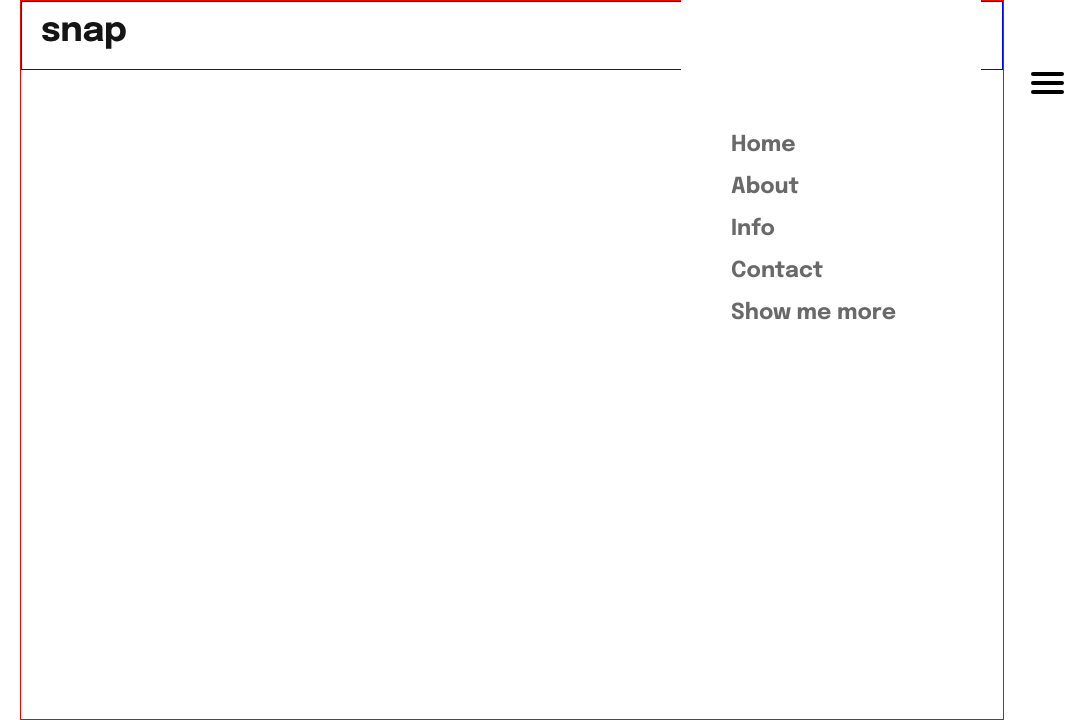
Repository: KamoliddinGIT/intro-section-with-dropdown
Page: index.html
The author's editor kept a copy of each file at every save. The page is drawn from the files as they stood at one save, then again after the next save.
The browser window is 1024 px wide. The page is 1066 px wide, then 1026 px, so the pictures cover 1066 px, including what lies to the right of the window. The pictures show the whole page.

Above is the page before, as saved 2023-09-20 17:32:41.

After the next save:
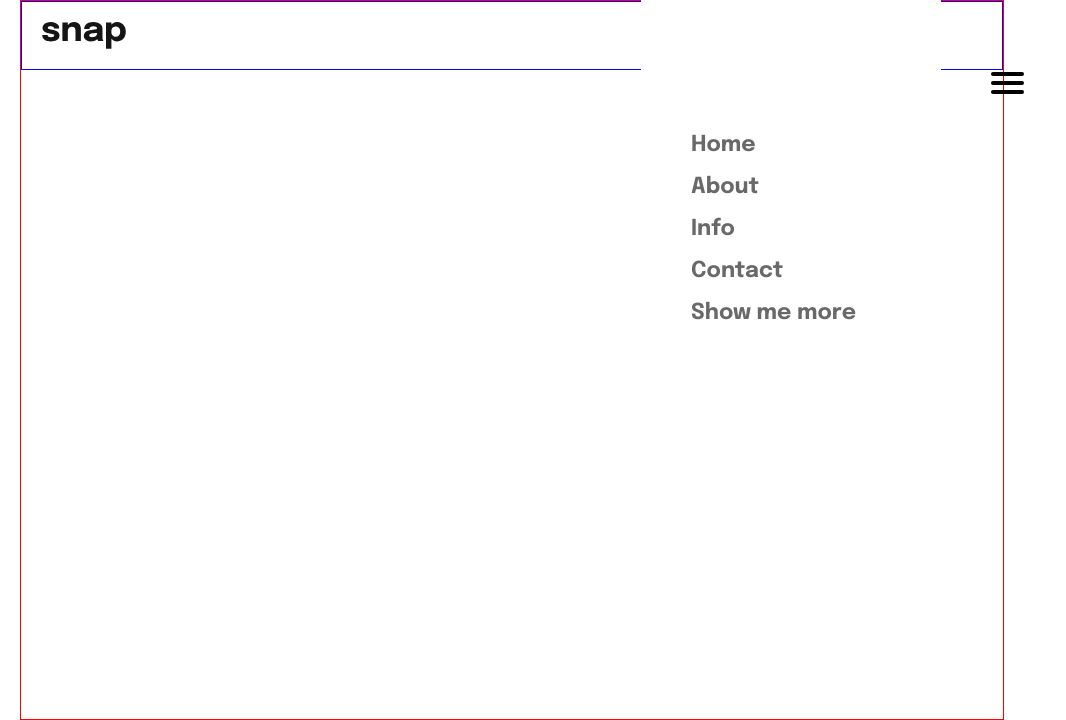
Saved 11 s later.
--- a/css/style.css
+++ b/css/style.css
@@ -334,7 +334,7 @@
     display: none;
   }
   nav {
-    right: 10px;
+    right: 50px;
     position: absolute;
   }
   #menuToggle {
